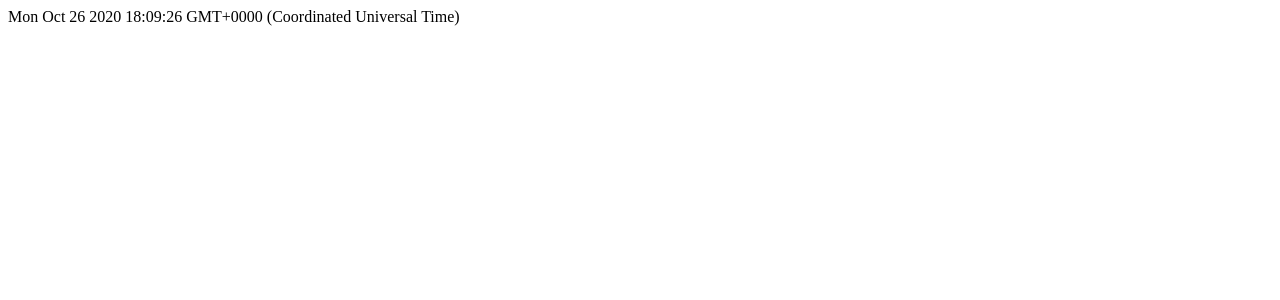
Repository: TeoNogueira/Aulas-Udemy-DevFull-Stack-Por-Jamilton-Damasceno-e-Jorge-Sant-Ana-
Page: public_project/JavaScript/function_native_datas.html
The author's editor kept a copy of each file at every save. The page is drawn from the files as they stood at one save, then again after the next save.
The browser window is 1280 px wide. The pictures show the whole page.

Above is the page before, as saved 2020-10-26 19:09:12.

### public_project/JavaScript/function_native_datas.html
<!DOCTYPE html>
<html lang="PT_BR">
<head>
    <meta charset="UTF-8">
    <meta name="viewport" content="width=device-width, initial-scale=1.0">
    <title>Desafio</title>


    <script class="">

   //     var data = new Date()

   //  document.write(data.getDate())

   //var data = new Date()
// document.write(data.getDate() + '/' + (data.getMonth() + 1 + '/' + data.getFullYear()))

 // adicionar / remover dias


 var data =  new Date()

document.write(data.toString())

data.setDate(data.getDate() + 1)














           </script>



</head>
<body>



  <!----  <script src="./scripts/desafio.js"></script>-- >
</body>
</html>

After the next save:
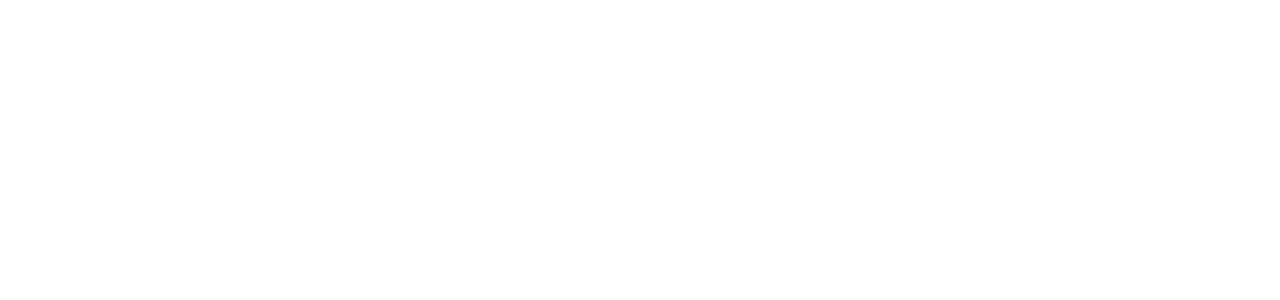
Saved 16 s later.
--- a/public_project/JavaScript/function_native_datas.html
+++ b/public_project/JavaScript/function_native_datas.html
@@ -20,7 +20,7 @@
 
  var data =  new Date()
 
-document.write(data.toString())
+//document.write(data.toString())
 
 data.setDate(data.getDate() + 1)
 

After the save that followed:
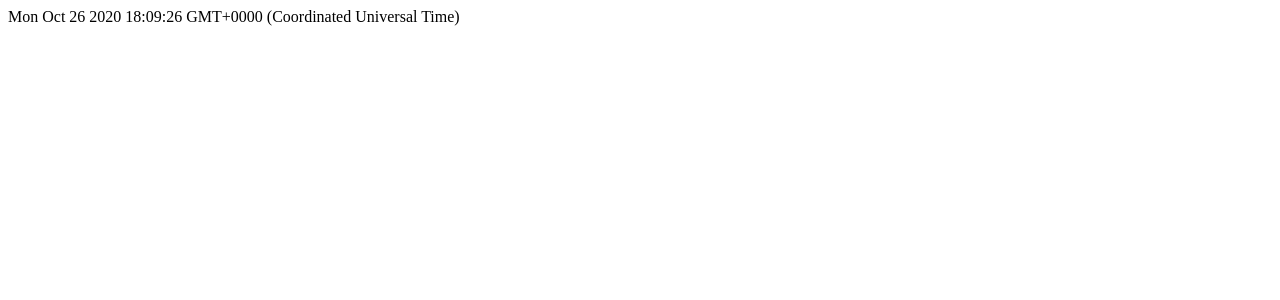
Console error: ReferenceError: documen is not defined
Saved 33 s later.
--- a/public_project/JavaScript/function_native_datas.html
+++ b/public_project/JavaScript/function_native_datas.html
@@ -20,10 +20,11 @@
 
  var data =  new Date()
 
-//document.write(data.toString())
+document.write(data.toString())
 
 data.setDate(data.getDate() + 1)
 
+documen.write('<hr >')
 
 
 
